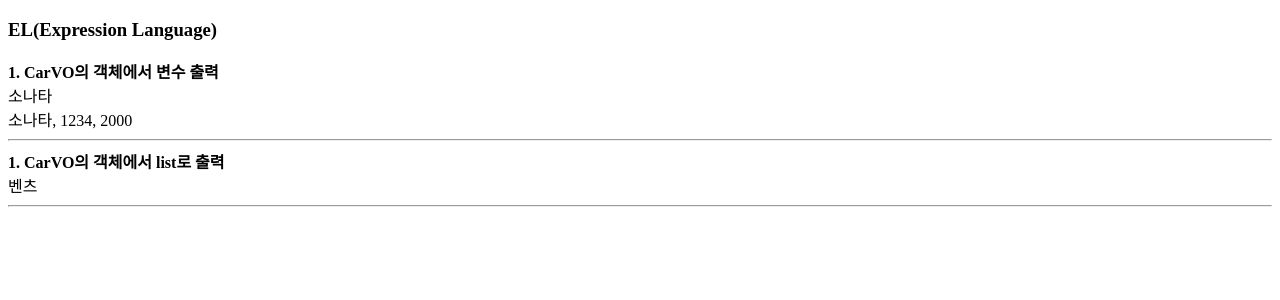
Repository: dhalfks/jsp_230602
Page: http://localhost/jstl_study/step1.jsp
An editor plug-in stored every save of this project. The page is shown before and after the next save, followed by the edit.
The browser window is 1280 px wide. The pictures show the whole page.
The page is served by Tomcat 9. Other server files are loaded and not shown.

Above is the page before, as saved 2023-05-09 06:30:21.

### jstl_project/jstl_study/src/main/webapp/step1.jsp
<%@ page import="model.CarVO" %>
<%@ page import="java.util.ArrayList" %>
<%@ page import="java.util.HashMap" %>
<%@ page language="java" contentType="text/html; charset=UTF-8"
    pageEncoding="UTF-8"%>

<!DOCTYPE html>
<html>
<head>
<meta charset="UTF-8">
<title>EL연습</title>
</head>
<body>
	<h3>EL(Expression Language)</h3>
	<%
		CarVO car = new CarVO("1234","소나타",2000);
		//request.setAttribute : request객체에 값을 저장하는 역할
		//request.getAttribute : request객체에 값을 가져오는 역할
		//request.setAttribute("변수명", 값);
		request.setAttribute("cvo", car);
	%>

	<!-- 변수 출력 -->
	<strong>1. CarVO의 객체에서 변수 출력</strong> <br>
	<!-- 방법 1 : requestScope를 사용 -->
	${requestScope.cvo.name } <br>

	<!-- 방법 2 : requestScope (생략가능) -->
	${cvo.name },  ${cvo.num },  ${cvo.price }<br>

	<hr>

	<!-- 리스트로 변수 출력 -->
	<%
		ArrayList<CarVO> list = new ArrayList<CarVO>();
		list.add(new CarVO("4567","벤츠",5000));
		session.setAttribute("carList", list);
	%>
	<strong>1. CarVO의 객체에서 list로 출력</strong> <br>
	${sessionScope.carList[0].name }<br>
	<hr>

	<!-- 해쉬맵으로 변수를 출력  key: car1, value: instance  -->
	<%
		HashMap<String, CarVO> map = new HashMap<>();

	%>


</body>
</html>

### jstl_project/jstl_study/src/main/java/model/CarVO.java
package model;

public class CarVO {

	//num, name, price
	private String num;
	private String name;
	private int price;

	public CarVO() {}

	public CarVO(String num, String name, int price) {
		this.num = num;
		this.name = name;
		this.price = price;
	}

	public String getNum() {
		return num;
	}

	public void setNum(String num) {
		this.num = num;
	}

	public String getName() {
		return name;
	}

	public void setName(String name) {
		this.name = name;
	}

	public int getPrice() {
		return price;
	}

	public void setPrice(int price) {
		this.price = price;
	}

}

After the next save:
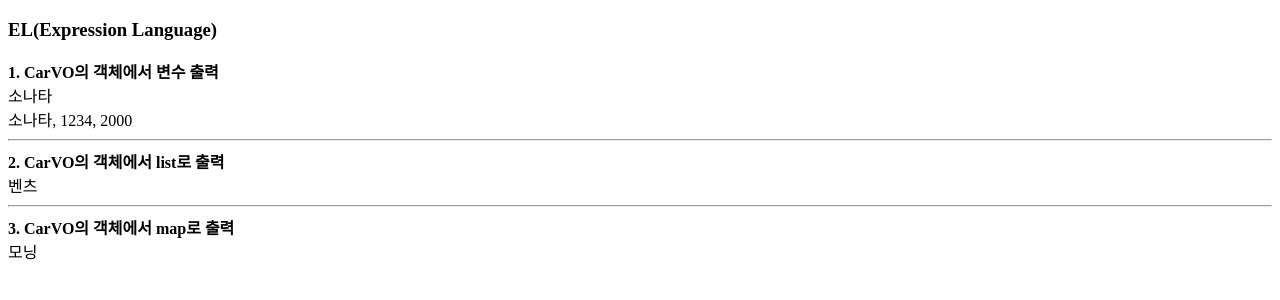
Saved 96 s later.
--- a/jstl_project/jstl_study/src/main/webapp/step1.jsp
+++ b/jstl_project/jstl_study/src/main/webapp/step1.jsp
@@ -36,16 +36,19 @@
 		list.add(new CarVO("4567","벤츠",5000));
 		session.setAttribute("carList", list);
 	%>
-	<strong>1. CarVO의 객체에서 list로 출력</strong> <br>
+	<strong>2. CarVO의 객체에서 list로 출력</strong> <br>
 	${sessionScope.carList[0].name }<br>
 	<hr>
 
 	<!-- 해쉬맵으로 변수를 출력  key: car1, value: instance  -->
 	<%
 		HashMap<String, CarVO> map = new HashMap<>();
-
+		map.put("car1", new CarVO("1111","모닝",800));
+		request.setAttribute("carMap", map);
 	%>
 
+	<strong>3. CarVO의 객체에서 map로 출력</strong> <br>
+	${requestScope.carMap.car1.name }
 
 </body>
 </html>
